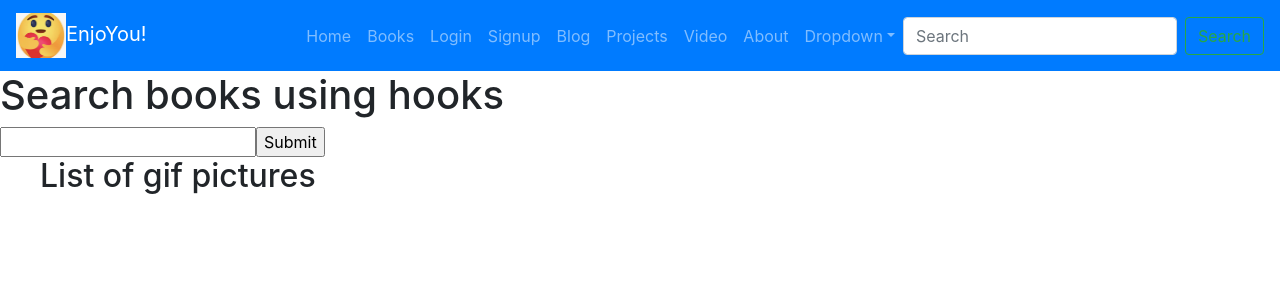
Repository: ebo-arcadia/enjoyou
Page: /books
These files come from the project's save history. The page is drawn as it stood at one moment and after the next save; the edit follows.
The browser window is 1280 px wide. The pictures show the whole page.
The project was rebuilt for these pictures with package versions that can differ from the ones it lists, and the page was loaded fresh each time. Also part of the build but not shown: src/App.css, src/components/Header.js, src/components/Home.js, src/containers/Login.js, src/containers/signup.js, src/containers/blog.js, src/containers/Projects.js, src/containers/video.js and 1 more.

Above is the page before, as saved 2021-04-21 23:23:26.

### public/index.html
<!DOCTYPE html>
<html lang="en">
  <head>
    <meta charset="utf-8" />
    <link rel="icon" href="%PUBLIC_URL%/favicon.ico" />
    <meta name="viewport" content="width=device-width, initial-scale=1" />
    <meta name="theme-color" content="#000000" />
    <meta
      name="description"
      content="Web site created using create-react-app"
    />
    <link rel="apple-touch-icon" href="%PUBLIC_URL%/logo192.png" />
    <!--
      manifest.json provides metadata used when your web app is installed on a
      user's mobile device or desktop. See https://developers.google.com/web/fundamentals/web-app-manifest/
    -->
    <link rel="manifest" href="%PUBLIC_URL%/manifest.json" />
    <link rel="stylesheet" href="https://cdn.jsdelivr.net/npm/bootstrap@4.6.0/dist/css/bootstrap.min.css" integrity="sha384-B0vP5xmATw1+K9KRQjQERJvTumQW0nPEzvF6L/Z6nronJ3oUOFUFpCjEUQouq2+l" crossorigin="anonymous" />

    <!--
      Notice the use of %PUBLIC_URL% in the tags above.
      It will be replaced with the URL of the `public` folder during the build.
      Only files inside the `public` folder can be referenced from the HTML.

      Unlike "/favicon.ico" or "favicon.ico", "%PUBLIC_URL%/favicon.ico" will
      work correctly both with client-side routing and a non-root public URL.
      Learn how to configure a non-root public URL by running `npm run build`.
    -->
    <title>React App</title>
  </head>
  <body>
    <noscript>You need to enable JavaScript to run this app.</noscript>
    <div id="root"></div>
    <!--
      This HTML file is a template.
      If you open it directly in the browser, you will see an empty page.

      You can add webfonts, meta tags, or analytics to this file.
      The build step will place the bundled scripts into the <body> tag.

      To begin the development, run `npm start` or `yarn start`.
      To create a production bundle, use `npm run build` or `yarn build`.
    -->
  </body>
</html>

### src/index.css
body, html {
  height: 100%;
}

/* -------------Header--------------- */

.header-wraper {
  background-image: url("https://mdbootstrap.com/img/Photos/Horizontal/Nature/full page/img(11).jpg");
  position: relative;
  height: 50vh;
  background-position: center;
  background-repeat: no-repeat;
  background-size: cover;
}

.main-info {
  display: flex;
  position: absolute;
  top: 0;
  left: 0;
  right: 0;
  bottom: 0;
  flex-direction: column;
  justify-content: center;
  align-items: center;
  text-align: center;
  font-family: "Roboto Condesed, sans-serif";

}

.main-info h1 {
  color: blueviolet;
  text-transform: capitalize;
}

/* ----------Typed Text-------------- */

.typed-text {
  color: blue;
  font-size: 2rem;
}

/* ----------Navigation Bar-------------- */


.nav-link:hover {
  text-decoration: none;
  background-color: crimson;
  transition: .3s ease-in-out;
}

### src/containers/App.js
import React from "react";
import '../App.css';
import 'bootstrap/dist/css/bootstrap.min.css';
import { BrowserRouter as Router, Switch, Route } from "react-router-dom";
import Home from '../components/Home';
import Books from '../containers/Books';
import Login from '../containers/Login';
import Signup from '../containers/Signup';
import Blog from '../containers/Blog';
import Projects from '../containers/Projects';
import Video from '../containers/Video';
import About from '../components/About'
import NavigationBar from '../components/NavigationBar';

export default function App() {
  return (
    <React.Fragment>
      <Router>
        <div>
          <NavigationBar />
          {/* A <Switch> looks through its children <Route>s and
              renders the first one that matches the current URL. */}
          <Switch>
            <Route path="/home"><Home /></Route>
            <Route path="/books"><Books /></Route>
            <Route path="/login"><Login /></Route>
            <Route path="/signup"><Signup /></Route>
            <Route path="/blog"><Blog /></Route>
            <Route path="/projects"><Projects /></Route>
            <Route path="/video"><Video /></Route>
            <Route path="/about"><About /></Route>
            <Route exact path="/"><Home /></Route>
          </Switch>
        </div>
      </Router>
    </React.Fragment>
  );
}

### src/containers/Books.js
import React, { Component, useState } from 'react';
import BooksList from '../components/BooksList';
import { Form, Row, Col, Button } from 'react-bootstrap';

const NYT_API_KEY = 'dGpQ5OmGP2SgfvZimlpCUoF4iOag9qzZ';
const URL = 'https://api.nytimes.com/svc/movies/v2/reviews/search.json?'
            + `api-key=${NYT_API_KEY}`;

// using hooks
function Books() {
    const [book, setBook] = useState("");
    const [result, setResult] = useState([]);
    const [apiKey, setApiKey] = useState("dGpQ5OmGP2SgfvZimlpCUoF4iOag9qzZ")

    const handleSubmit = (event) => {
        event.preventDefault();
        console.log(book)
        fetch(`https://api.giphy.com/v1/gifs/search?q=${book}&api_key=dc6zaTOxFJmzC&rating=g`)
        .then(response => response.json())
        .then(data => {setResult(data.data)})
        setBook("")
    }

    return (
        <>
            <h1>Search books using hooks</h1>
            <Form onSubmit={handleSubmit}>
                <input type="text" value={book} onChange={event => setBook(event.target.value)} />
                <input type="submit" value="Submit" />
            </Form>
            <BooksList result={result}/>
        </>
    )
}

// using stateful
// class Books extends Component {
//     constructor() {
//         super();
//         this.state = { books: [], searchTerm: ""};
//     }

//     handleChange = (event) => {
//         this.setState({ searchTerm: event.target.value })
//     }

//     handleSubmit = (event) => {
//         event.preventDefault();
//         let searchTerm = this.state.searchTerm
//         this.searchBooks(searchTerm)
//     }

//     searchBooks = (searchTerm="Top pick") => {
//         fetch(URL + `&query=${searchTerm}`)
//         .then(response => response.json())
//         .then(booksData => this.setState({ books: booksData.result}))
//     }

//     render() {
//         return (
//             <div>
//                 <Form onSubmit={this.handleSubmit}>
//                     <Row>
//                         <Col xs={4}>
//                         <Form.Group controlId="forSearchBooks">
//                             <Form.Control type="text" placeholder="search books" value={this.state.searchTerm} onChange={this.handleChange} />
//                             <Form.Text> Find books enlighening your mind! </Form.Text>
//                         </Form.Group>
//                         </Col>
//                     </Row>
//                     <Button variant="primary" type="submit">Search</Button>
//                 </Form>
//                 <BooksList books={this.state.books} />
//             </div>

//         )
//     }
// }

export default Books;

### src/components/NavigationBar.js
import React from 'react';
import { Navbar, Nav, NavDropdown, Form, FormControl, Button } from 'react-bootstrap';
import Logo from '../assets/logo.png';


const NavigationBar = () => {
    return (
        <Navbar bg="primary" expand="lg" variant="dark" fixed="top" style={{position: "sticky"}}>
        <Navbar.Brand href="home"><img src={Logo} style={{width: 50, height: 45}} className="logo" alt="logo"/>EnjoYou!</Navbar.Brand>
        <Navbar.Toggle aria-controls="basic-navbar-nav" />
        <Navbar.Collapse id="basic-navbar-nav">
          <Nav className="ml-auto">
            <Nav.Link href="/">Home</Nav.Link>
            <Nav.Link href="books">Books</Nav.Link>
            <Nav.Link href="login">Login</Nav.Link>
            <Nav.Link href="signup">Signup</Nav.Link>
            <Nav.Link href="blog">Blog</Nav.Link>
            <Nav.Link href="projects">Projects</Nav.Link>
            <Nav.Link href="video">Video</Nav.Link>
            <Nav.Link href="about">About</Nav.Link>
            <NavDropdown title="Dropdown" id="basic-nav-dropdown">
              <NavDropdown.Item href="#action/3.1">Action</NavDropdown.Item>
              <NavDropdown.Item href="#action/3.2">Another action</NavDropdown.Item>
              <NavDropdown.Item href="#action/3.3">Something</NavDropdown.Item>
              <NavDropdown.Divider />
              <NavDropdown.Item href="#action/3.4">Separated link</NavDropdown.Item>
            </NavDropdown>
          </Nav>
          <Form inline>
            <FormControl type="text" placeholder="Search" className="mr-sm-2" />
            <Button variant="outline-success">Search</Button>
          </Form>
        </Navbar.Collapse>
      </Navbar>
    )
}

export default NavigationBar;

### src/components/BooksList.js
import React from 'react';
// import { Card } from 'react-bootstrap';

const BooksList = (props) => {
    return (
            <ul className="book-list">
                <h2>List of gif pictures</h2>
                {props.result.slice(0,3).map((gif) => {
                    return (
                        <li key={gif.id}>
                            <img className="gif" src={gif.images.original.url} alt={gif.images.original.frames}></img>
                        </li>
                    )
                })}
            </ul>
            )
        }

export default BooksList;

Loaded but not shown: src/index.js (common file); src/reportWebVitals.js (common file)

After the next save:
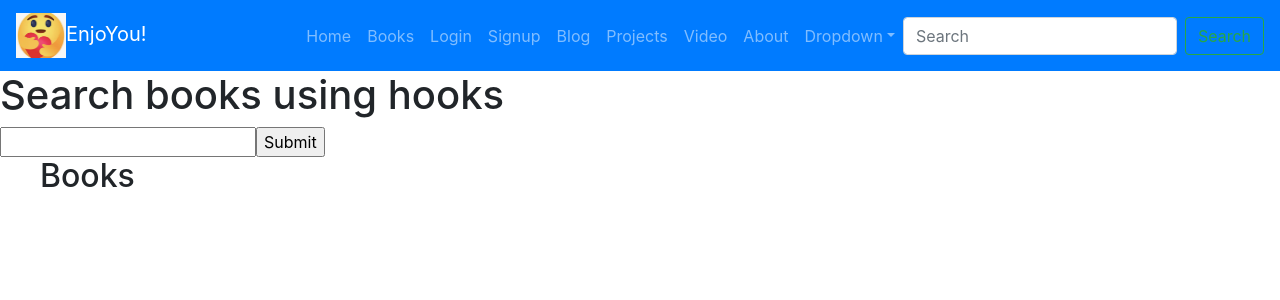
Saved 9 s later.
--- a/src/components/BooksList.js
+++ b/src/components/BooksList.js
@@ -4,7 +4,7 @@ import React from 'react';
 const BooksList = (props) => {
     return (
             <ul className="book-list">
-                <h2>List of gif pictures</h2>
+                <h2>Books</h2>
                 {props.result.slice(0,3).map((gif) => {
                     return (
                         <li key={gif.id}>
